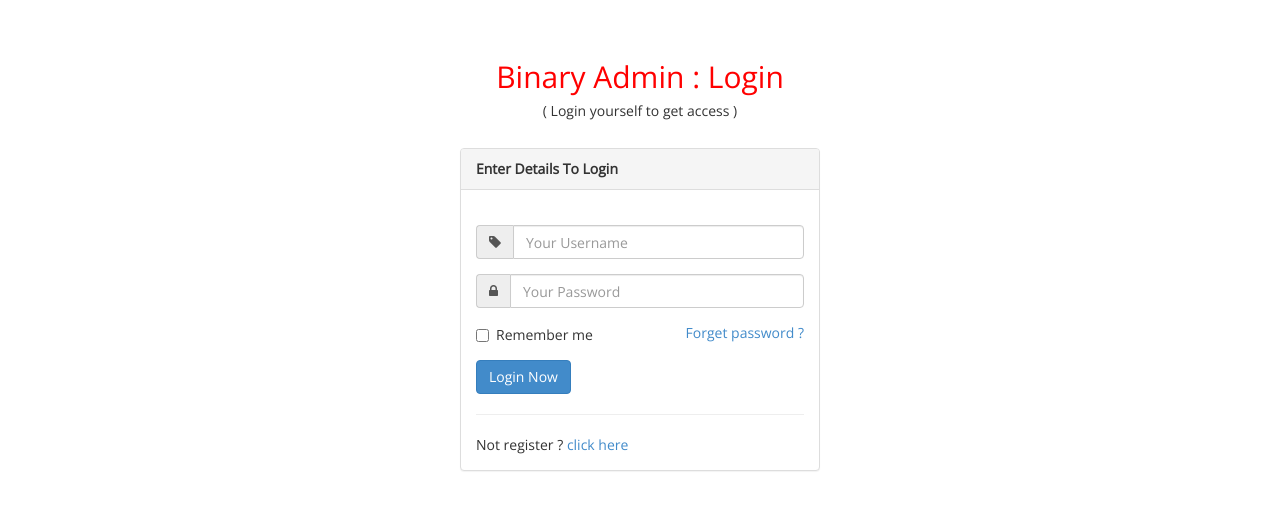
Repository: rauru008/EAD-da-WMBarros
Page: http://localhost/login.php
The author's editor kept a copy of each file at every save. The page is drawn from the files as they stood at one save, then again after a run of saves.
The browser window is 1280 px wide. The pictures show the whole page.
The page is run by PHP 8.4 with error messages shown; the project is at /var/www/html/.

Above is the page before, as saved 2025-05-06 17:42:34.
Console error: ReferenceError: Morris is not defined

After the next 3 saves:
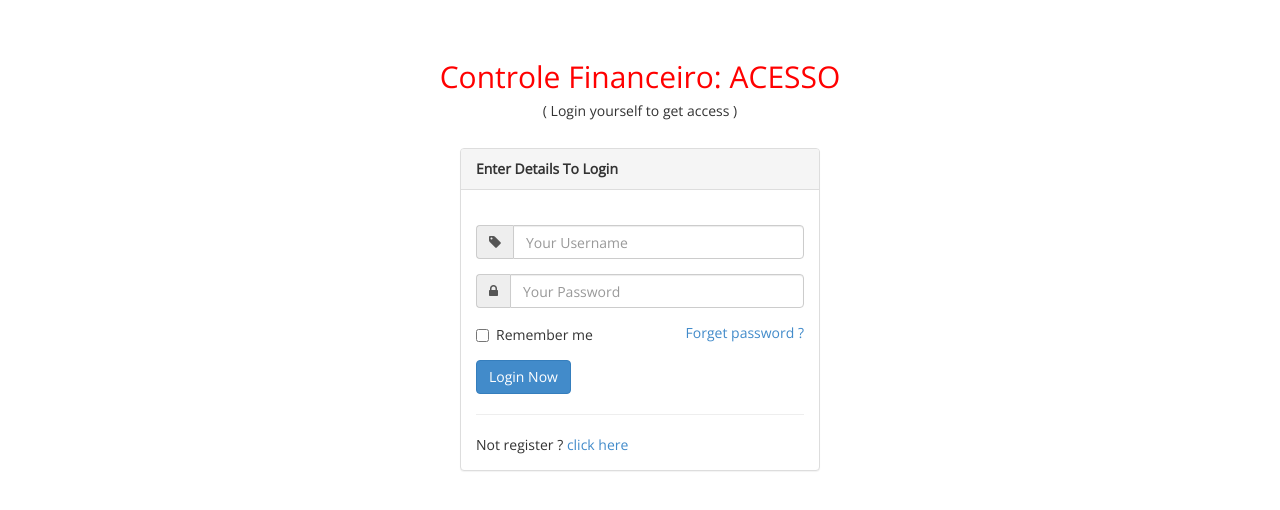
The 3 saves are shown as one change because they came seconds apart.
The last was saved 2 min 59 s later.
--- a/Financeiro/login.php
+++ b/Financeiro/login.php
@@ -11,7 +11,7 @@ include_once '_head.php';
         <div class="row text-center ">
             <div class="col-md-12">
                 <br /><br />
-                <h2> Binary Admin : Login</h2>
+                <h2> Controle Financeiro: ACESSO</h2>
 
                 <h5>( Login yourself to get access )</h5>
                 <br />
